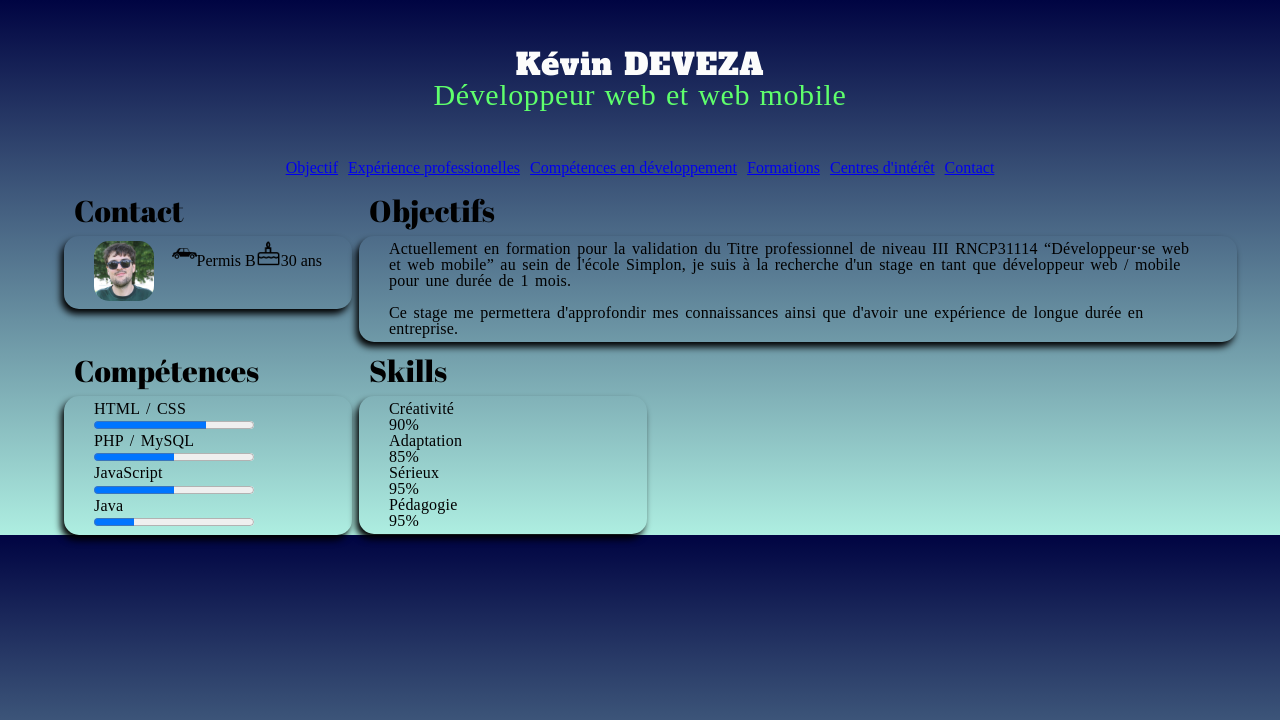
Repository: KevinDvZ/kevindvz.github.io
Page: index.html
These files come from the project's save history. The page is drawn as it stood at one moment and after the next save; the edit follows.
The browser window is 1280 px wide. The pictures show the whole page.

Above is the page before, as saved 2020-10-28 11:19:08.

After the next save:
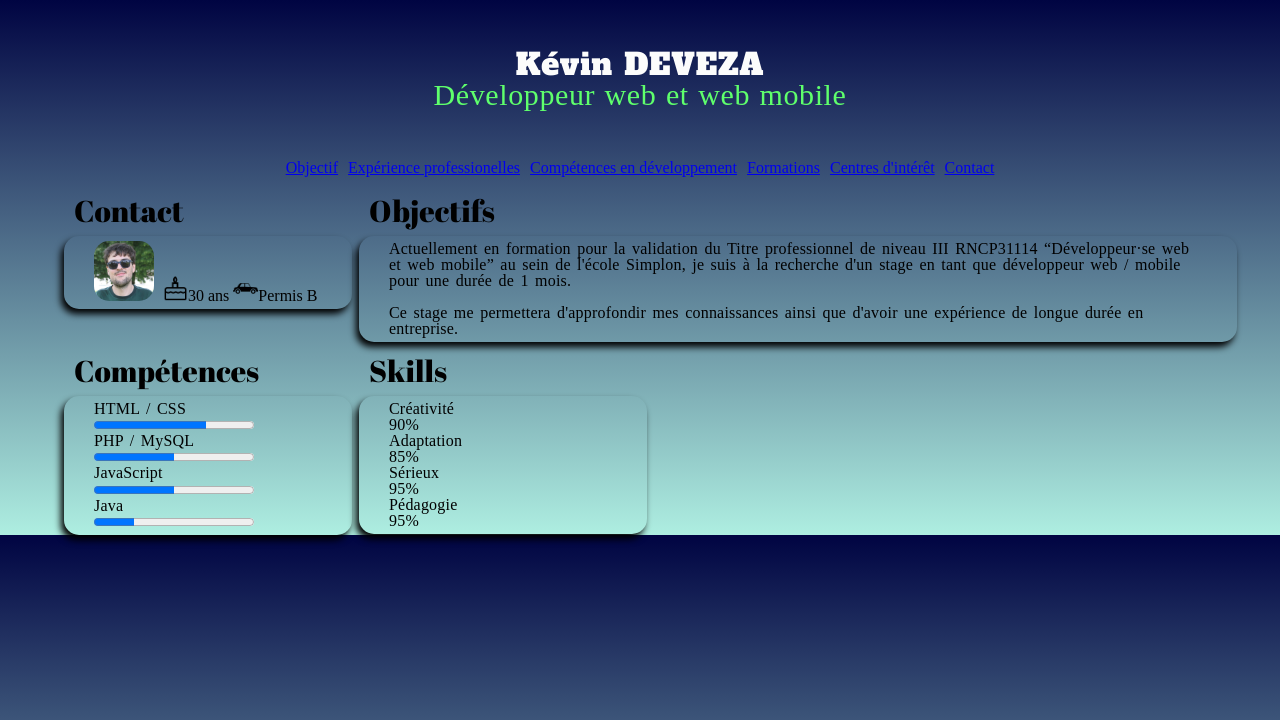
Saved 20 s later.
--- a/css/cv_deveza.css
+++ b/css/cv_deveza.css
@@ -75,7 +75,8 @@ main {
 }
 
 h3 {
-  float: right;
+  display: inline;
+  text-align: right;
 }
 
 adress {
